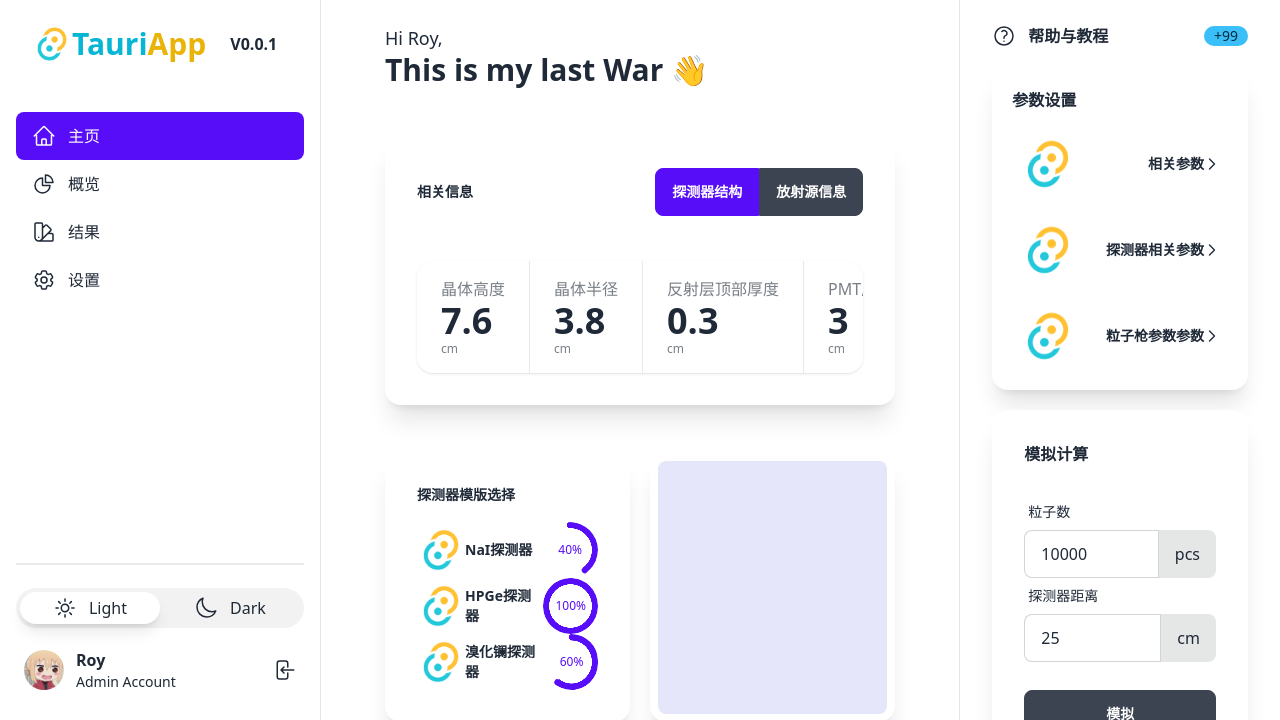
Repository: XMZOVO/tauri-geant4
Page: /
The author's editor kept a copy of each file at every save. The page is drawn from the files as they stood at one save, then again after the next save.
The browser window is 1280 px wide. The pictures show the whole page.
The page's requests for data from a server got no answer. An inner scrolling area shows only its first screen. The project was rebuilt for these pictures with package versions that can differ from the ones it lists, and the page was loaded fresh each time. No one was signed in, and anything a server would have sent is missing. Also part of the build but not shown: vite.config.ts.

Above is the page before, as saved 2022-09-11 18:59:03.

### src/main.ts
import { createApp } from "vue";
import App from "./App.vue";
import "./index.css";
import { Router } from "./router";
import { createPinia } from "pinia";

const pinia = createPinia();

createApp(App).use(pinia).use(Router).mount("#app");

### src/router/index.ts
import { createRouter, createWebHistory } from "vue-router";

const routes = [
  {
    path: "",
    component: () => import("../components/MainWindow.vue"),
    children: [
      {
        path: "",
        component: () => import("../components/Home.vue"),
      },
      {
        path: "Setting",
        component: () => import("../components/Setting.vue"),
      },
      {
        path: "Results",
        component: () => import("../components/Results.vue"),
      },
      {
        path: "Overview",
        component: () => import("../components/Overview.vue"),
      },
      // {
      //   path: "Plan",
      //   component: () => import("../components/Plan.vue"),
      // },
    ],
  },
];

export const Router = createRouter({
  scrollBehavior: () => ({ left: 0, top: 0 }),
  history: createWebHistory(),
  routes,
});

### src/components/Home.vue
<script setup lang="ts">
import { ref, onMounted } from "vue";
import { invoke } from "@tauri-apps/api/tauri";
import { useRouter, onBeforeRouteLeave, onBeforeRouteUpdate } from "vue-router";
import path from "path";
import { exit } from "@tauri-apps/api/process";
import { fetch } from "@tauri-apps/api/http";

const router = useRouter();
const greetMsg = ref("");
const name = ref("");
let specFile = ref("");
let JSRootPath = ref("/JsRoot720/");

let detectorSrc = ref(
  JSRootPath.value +
    "index.htm?nobrowser&file=http://localhost:8080/file/G4Backend/build/rootFiles/test.root&item=Default;1&opt=ssao;transp60"
);

const parametersNames = ref([
  { name: "探测器结构", checked: true },
  { name: "放射源信息", checked: false },
]);
const selectedName = ref("钻井液性能");
const detectorProperties = ref([
  { name: "晶体高度", value: 7.6, unit: "cm" },
  { name: "晶体半径", value: 3.8, unit: "cm" },
  { name: "反射层顶部厚度", value: "0.3", unit: "cm" },
  { name: "PMT厚度", value: 3, unit: "cm" },
]);
const radioactiveProperties = ref([
  { name: "放射性同位素", value: "Co60", unit: "" },
  { name: "粒子数", value: 1000, unit: "" },
  { name: "3", value: 20, unit: "" },
  { name: "4", value: 0.02, unit: "" },
  { name: "5", value: 10, unit: "" },
]);
const detectorList = ref([
  { name: "NaI探测器", percent: 40 },
  { name: "HPGe探测器", percent: 100 },
  { name: "溴化镧探测器", percent: 60 },
]);
const paticleParameters = ref([
  { name: "粒子数", value: 10000, unit: "pcs" },
  { name: "探测器距离", value: 25, unit: "cm" },
]);
const btnWait = ref("");

async function greet() {
  greetMsg.value = await invoke("greet", { name: name.value });
}

onMounted(async () => {});

const parametersInfoChanged = (name: String) => {
  if (name == "探测器结构") {
    parametersNames.value[0].checked = true;
    parametersNames.value[1].checked = false;
  } else {
    parametersNames.value[0].checked = false;
    parametersNames.value[1].checked = true;
  }
};

const executeCalculate = async () => {
  if (paticleParameters.value[0].value > 10000000) {
    alert("粒子数过大");
    return;
  }
  btnWait.value = "loading";
  const response = await fetch("http://localhost:8080/g4", {
    method: "POST",
    query: {
      ch: detectorProperties.value[0].value.toString(),
      cr: detectorProperties.value[1].value.toString(),
      rtt: detectorProperties.value[2].value.toString(),
      num: paticleParameters.value[0].value.toString(),
    },
  }).then((res) => {
    btnWait.value = "";
    router.push({ path: "/Overview" });
  });
};

const refreshDetector = async () => {
  detectorSrc.value = " ";
  await fetch("http://localhost:8080/gdml", {
    method: "GET",
    query: {
      ch: detectorProperties.value[0].value.toString(),
      cr: detectorProperties.value[1].value.toString(),
      rtt: detectorProperties.value[2].value.toString(),
      pmt: detectorProperties.value[3].value.toString(),
    },
  }).then(() => {
    // let iframe: any = document.getElementById("iframe");
    // iframe.contentWindow.location.reload(true);
    detectorSrc.value =
      JSRootPath.value +
      "index.htm?nobrowser&file=http://localhost:8080/file/G4Backend/build/rootFiles/wtest.root&item=Default;1&opt=ssao;transp60";
  });
};

const exitApp = async () => {
  await exit(1);
};
</script>

<template>
  <!-- <div class="card">
    <input id="greet-input" v-model="name" placeholder="Enter a name..." />
    <button type="button" @click="greet()">Greet</button>
  </div>

  <p>{{ greetMsg }}</p> -->

  <div class="flex h-full w-full">
    <div class="w-2/3 space-y-12 border-r border-base-300 py-6 px-16">
      <div class="h-auto">
        <span class="block text-lg font-normal">Hi Roy,</span>
        <span class="block text-3xl font-bold"
          >This is my last War &#128075;</span
        >
      </div>
      <div class="card h-2/5 w-full shadow-xl">
        <div class="card-body justify-between">
          <div class="flex justify-between">
            <p class="card-title text-sm">相关信息</p>
            <!-- 选择框 -->
            <!-- <div class="form-control w-1/3 max-w-xs">
              <select
                class="select select-bordered focus:outline-none"
                @change="parametersInfoChanged($event)"
              >
                <option v-for="item in parametersNames">{{ item }}</option>
              </select>
            </div> -->
            <div class="btn-group">
              <input
                v-for="item in parametersNames"
                type="radio"
                name="options"
                :data-title="item.name"
                class="btn"
                :checked="item.checked"
                @change="parametersInfoChanged(item.name)"
              />
            </div>
          </div>
          <!-- 统计信息 -->
          <div
            class="stats stats-vertical overflow-hidden shadow lg:stats-horizontal"
          >
            <div
              class="stat"
              v-if="parametersNames[0].checked"
              v-for="item in detectorProperties"
            >
              <div class="stat-title">{{ item.name }}</div>
              <div class="stat-value">{{ item.value }}</div>
              <div class="stat-desc">{{ item.unit }}</div>
            </div>
            <div
              class="stat"
              v-if="parametersNames[1].checked"
              v-for="item in radioactiveProperties"
            >
              <div class="stat-title">{{ item.name }}</div>
              <div class="stat-value">{{ item.value }}</div>
              <div class="stat-desc">{{ item.unit }}</div>
            </div>
          </div>
        </div>
      </div>
      <!-- 底部双卡片 -->
      <div class="flex h-2/5 space-x-5">
        <!-- 1 -->
        <div class="card w-1/2 bg-base-100 shadow-xl">
          <div class="card-body">
            <p class="text-sm font-semibold">探测器模版选择</p>
            <!-- item -->
            <div class="flex flex-col">
              <div
                v-for="item in detectorList"
                class="flex items-center justify-between"
              >
                <img src="../assets/icon.png" class="h-12 w-12" />
                <p class="text-sm font-semibold">{{ item.name }}</p>
                <div
                  class="radial-progress text-xs text-primary"
                  :style="
                    '--value: ' +
                    item.percent +
                    '; --size: 3.5rem; --thickness: 6px'
                  "
                >
                  {{ item.percent }}%
                </div>
              </div>
            </div>
          </div>
        </div>
        <!-- 2 -->
        <div class="card w-1/2 bg-base-100 shadow-xl">
          <div class="card-body p-2">
            <iframe
              :src="detectorSrc"
              frameborder="0"
              class="h-full w-full rounded-lg"
            ></iframe>
            <!-- <div class="h-full w-full bg-black" id="drawing"></div> -->
          </div>
        </div>
      </div>
    </div>

    <!-- 右侧 -->
    <div class="w-1/3 flex-col space-y-5 px-8 pt-6">
      <!-- 帮助 -->
      <div class="flex items-center justify-between">
        <div class="flex items-center space-x-3">
          <svg
            xmlns="http://www.w3.org/2000/svg"
            fill="none"
            viewBox="0 0 24 24"
            stroke-width="1.5"
            stroke="currentColor"
            class="h-6 w-6"
          >
            <path
              stroke-linecap="round"
              stroke-linejoin="round"
              d="M9.879 7.519c1.171-1.025 3.071-1.025 4.242 0 1.172 1.025 1.172 2.687 0 3.712-.203.179-.43.326-.67.442-.745.361-1.45.999-1.45 1.827v.75M21 12a9 9 0 11-18 0 9 9 0 0118 0zm-9 5.25h.008v.008H12v-.008z"
            />
          </svg>
          <label class="font-bold">帮助与教程</label>
        </div>
        <div class="badge badge-info">+99</div>
      </div>
      <!-- 帮助 -->
      <!-- 卡1 -->
      <div class="flex space-x-5">
        <div class="card w-full overflow-visible bg-base-100 shadow-xl">
          <div class="card-body p-5">
            <div class="flex-col space-y-5">
              <p class="text-md font-bold">参数设置</p>

              <!-- 溢流物 -->
              <div class="dropdown-left dropdown w-full">
                <div
                  tabindex="0"
                  class="flex items-center justify-between rounded-xl px-2 py-1 duration-300 hover:cursor-pointer hover:bg-primary hover:text-base-100"
                >
                  <img src="../assets/icon.png" class="h-14 w-14 rounded-xl" />
                  <div class="flex items-center">
                    <p class="text-sm font-bold">相关参数</p>
                    <svg
                      xmlns="http://www.w3.org/2000/svg"
                      fill="none"
                      viewBox="0 0 24 24"
                      stroke-width="2"
                      stroke="currentColor"
                      class="h-4 w-4"
                    >
                      <path
                        stroke-linecap="round"
                        stroke-linejoin="round"
                        d="M8.25 4.5l7.5 7.5-7.5 7.5"
                      />
                    </svg>
                  </div>
                </div>
                <!-- 浮动窗口 -->
                <div
                  tabindex="0"
                  class="card dropdown-content rounded-box w-full bg-base-100 shadow"
                >
                  <div class="card-body space-y-3">
                    <p class="font-bold">设置相关参数</p>
                    <div
                      v-for="item in overflowParam"
                      class="flex items-center justify-between"
                    >
                      <p>{{ item.name }}</p>
                      <p class="font-bold text-primary">{{ item.percent }}%</p>
                      <input
                        type="range"
                        min="0"
                        max="100"
                        v-model="item.percent"
                        class="range range-xs w-1/2"
                        step="1"
                      />
                    </div>
                  </div>
                </div>
              </div>
              <!-- 溢流物 -->
              <!-- 钻井液 -->
              <div class="dropdown-left dropdown w-full">
                <div
                  tabindex="0"
                  class="flex items-center justify-between rounded-xl px-2 py-1 duration-300 hover:cursor-pointer hover:bg-primary hover:text-base-100"
                >
                  <img src="../assets/icon.png" class="h-14 w-14 rounded-xl" />
                  <div class="flex items-center">
                    <p class="text-sm font-bold">探测器相关参数</p>
                    <svg
                      xmlns="http://www.w3.org/2000/svg"
                      fill="none"
                      viewBox="0 0 24 24"
                      stroke-width="2"
                      stroke="currentColor"
                      class="h-4 w-4"
                    >
                      <path
                        stroke-linecap="round"
                        stroke-linejoin="round"
                        d="M8.25 4.5l7.5 7.5-7.5 7.5"
                      />
                    </svg>
                  </div>
                </div>
                <!-- 浮动窗口 -->
                <div
                  tabindex="0"
                  class="card dropdown-content rounded-box w-96 bg-base-100 shadow"
                >
                  <div class="card-body space-y-1">
                    <div class="flex items-center">
                      <p class="font-bold">设置探测器参数</p>
                      <button class="btn btn-xs" @click="refreshDetector">
                        刷新探测器模型
                      </button>
                    </div>
                    <div
                      v-for="item in detectorProperties"
                      class="form-control"
                    >
                      <label class="label">
                        <span class="label-text">{{ item.name }}</span>
                      </label>
                      <label class="input-group">
                        <input
                          type="text"
                          v-model="item.value"
                          class="input input-bordered w-3/4 focus:outline-none"
                        />
                        <span class="w-1/4">{{ item.unit }}</span>
                      </label>
                    </div>
                  </div>
                </div>
              </div>
              <!-- 钻井液 -->
              <!-- 节流压 -->
              <div class="dropdown-left dropdown w-full">
                <div
                  tabindex="0"
                  class="flex items-center justify-between rounded-xl px-2 py-1 duration-300 hover:cursor-pointer hover:bg-primary hover:text-base-100"
                >
                  <img src="../assets/icon.png" class="h-14 w-14 rounded-xl" />
                  <div class="flex items-center">
                    <p class="text-sm font-bold">粒子枪参数参数</p>
                    <svg
                      xmlns="http://www.w3.org/2000/svg"
                      fill="none"
                      viewBox="0 0 24 24"
                      stroke-width="2"
                      stroke="currentColor"
                      class="h-4 w-4"
                    >
                      <path
                        stroke-linecap="round"
                        stroke-linejoin="round"
                        d="M8.25 4.5l7.5 7.5-7.5 7.5"
                      />
                    </svg>
                  </div>
                </div>
                <!-- 浮动窗口 -->
                <div
                  tabindex="0"
                  class="card dropdown-content rounded-box w-96 bg-base-100 shadow"
                >
                  <div class="card-body space-y-3">
                    <p class="font-bold">设置粒子枪参数</p>
                    <div
                      v-for="item in radioactiveProperties"
                      class="form-control"
                    >
                      <label class="label">
                        <span class="label-text">{{ item.name }}</span>
                      </label>
                      <label class="input-group">
                        <input
                          type="text"
                          v-model="item.value"
                          class="input input-bordered w-3/4 focus:outline-none"
                        />
                        <span class="w-1/4">{{ item.unit }}</span>
                      </label>
                    </div>
                  </div>
                </div>
              </div>
              <!-- 节流压 -->
            </div>
          </div>
        </div>
      </div>
      <!-- 卡2 -->
      <div class="flex space-x-5">
        <div class="card w-full bg-base-100 shadow-xl">
          <div class="card-body space-y-5">
            <p class="text-md font-bold">模拟计算</p>
            <div>
              <div v-for="item in paticleParameters" class="form-control">
                <label class="label">
                  <span class="label-text">{{ item.name }}</span>
                </label>
                <label class="input-group">
                  <input
                    type="text"
                    placeholder="0.01"
                    v-model="item.value"
                    class="input input-bordered w-full focus:outline-none"
                  />
                  <span>{{ item.unit }}</span>
                </label>
              </div>
            </div>
            <!-- 计算 -->
            <button :class="'btn w-full ' + btnWait" @click="executeCalculate">
              模拟
            </button>
          </div>
        </div>
      </div>
    </div>
  </div>
</template>

<style scoped></style>

Loaded but not shown: index.html (common file); src/App.vue (common file); src/index.css (common file); tailwind.config.cjs (common file); public/JsRoot720/modules/d3.mjs (library); public/JsRoot720/modules/gui/HierarchyPainter.mjs (library); public/JsRoot720/modules/io.mjs (3859 lines, source omitted); public/JsRoot720/modules/gpad/TFramePainter.mjs (2781 lines, source omitted); public/JsRoot720/modules/gpad/TPadPainter.mjs (2078 lines, source omitted); public/JsRoot720/modules/gui/menu.mjs (1573 lines, source omitted); public/JsRoot720/modules/core.mjs (1681 lines, source omitted); public/JsRoot720/modules/gui/display.mjs (1711 lines, source omitted); public/JsRoot720/modules/base/ObjectPainter.mjs (1608 lines, source omitted); public/JsRoot720/modules/base/math.mjs (2061 lines, source omitted); public/JsRoot720/modules/gpad/TAxisPainter.mjs (1330 lines, source omitted); public/JsRoot720/modules/hist/TPavePainter.mjs (1257 lines, source omitted); public/JsRoot720/modules/base/latex.mjs (1324 lines, source omitted); public/JsRoot720/modules/draw.mjs (618 lines, source omitted); public/JsRoot720/modules/gui/utils.mjs (511 lines, source omitted); public/JsRoot720/modules/gpad/TCanvasPainter.mjs (756 lines, source omitted); public/JsRoot720/modules/base/BasePainter.mjs (670 lines, source omitted); public/JsRoot720/modules/base/TAttFillHandler.mjs (343 lines, source omitted); public/JsRoot720/modules/base/TAttMarkerHandler.mjs (292 lines, source omitted); public/JsRoot720/modules/gui.mjs (206 lines, source omitted); public/JsRoot720/modules/base/colors.mjs (172 lines, source omitted); public/JsRoot720/modules/base/TAttLineHandler.mjs (166 lines, source omitted); public/JsRoot720/modules/base/FontHandler.mjs (139 lines, source omitted); src/components/MainWindow.vue (303 lines, source omitted)

After the next save:
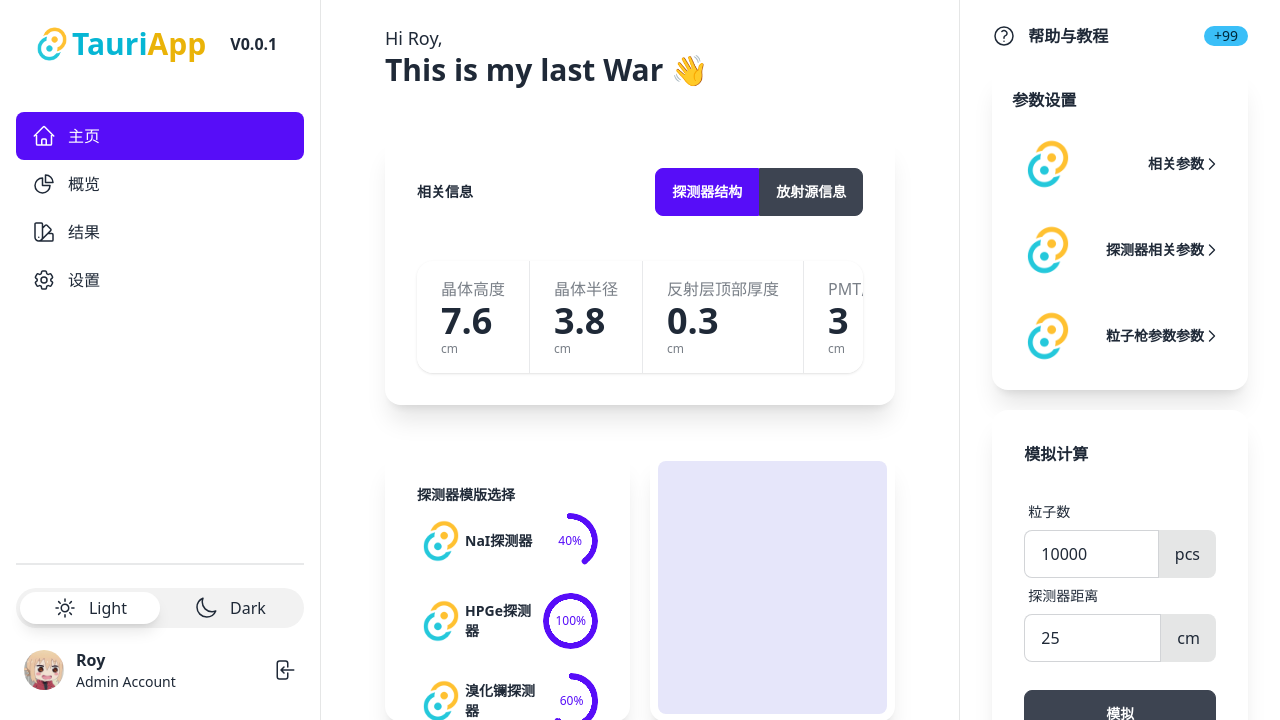
Saved 8 s later.
--- a/src/components/Home.vue
+++ b/src/components/Home.vue
@@ -179,7 +179,7 @@ const exitApp = async () => {
           <div class="card-body">
             <p class="text-sm font-semibold">探测器模版选择</p>
             <!-- item -->
-            <div class="flex flex-col">
+            <div class="flex flex-col gap-6">
               <div
                 v-for="item in detectorList"
                 class="flex items-center justify-between"
